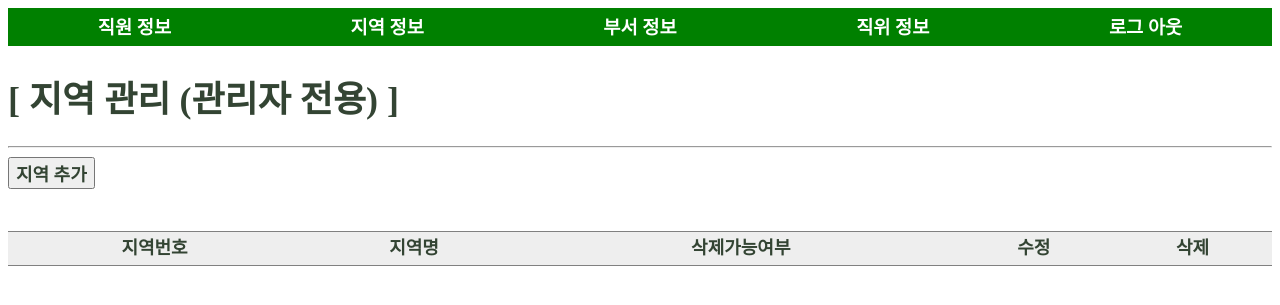
Repository: Umkimisstrong/UM_SpringMVCStudy
Page: http://localhost/mvc04/WEB-INF/view/DepartmentList.jsp
The author's editor kept a copy of each file at every save. The page is drawn from the files as they stood at one save, then again after the next save.
The browser window is 1280 px wide. The pictures show the whole page.
The page is served by Tomcat 9. Nobody is signed in. The template is opened directly, without the code that normally fills it, so the values that code supplies are empty.

Above is the page before, as saved 2022-06-03 01:06:36.

### mvc04/WebContent/WEB-INF/view/DepartmentList.jsp
<%@ page contentType="text/html; charset=UTF-8"%>
<%@ taglib prefix="c" uri="http://java.sun.com/jsp/jstl/core"%>
<%@ taglib prefix="fmt" uri="http://java.sun.com/jsp/jstl/fmt"%>
<%
	request.setCharacterEncoding("UTF-8");
	String cp = request.getContextPath();
%>
<!DOCTYPE html>
<html>
<head>
<meta charset="UTF-8">
<title>DepartmentList.jsp</title>
<link rel="stylesheet" type="text/css" href="<%=cp %>/css/menuStyle.css">
<link rel="stylesheet" type="text/css" href="<%=cp %>/css/main.css">
<script type="text/javascript" src="http://code.jquery.com/jquery.min.js"></script>
<script type="text/javascript">

	$(function()
	{
		// 테스트
		//alert("확인");

		// 수정 버튼 클릭 시 액션
		$(".updateBtn").click(function()
		{
			//alert("수정 버튼 클릭");

			$(location).attr("href", "departmentupdateform.action?departmentId=" + $(this).val());
		});


		// 삭제 버튼 클릭 시 액션
		$(".deleteBtn").click(function()
		{
			//alert("삭제 버튼 클릭");

			if (confirm("현재 선택한 데이터를 정말 삭제하시겠습니까?"))
			{
				$(location).attr("href", "departmentdelete.action?departmentId=" + $(this).val());
				// $(location).attr(속성, URL?데이터=값);
			}
		});
	});


</script>

</head>
<body>

<!---------------------------------------------------
		 RegioniList.jsp
	- 지역 리스트 출력 페이지
	- 관리자가 접근하는 지역 데이터 출력 페이지
	  (일반 직원이 접근하는 직원 데이터 출력페이지는
	   RegList.jsp로 구성)
 ---------------------------------------------------->


<div>
	<!-- 메뉴 영역 -->
	<div>
		<c:import url="EmployeeMenu.jsp"></c:import>
	</div>

	<!-- 콘텐츠 영역 -->
	<div id="content">
		<h1>[ 지역 관리 (관리자 전용) ]</h1>
		<hr />

		<div>
			<form action="">
				<input type="button" value="지역 추가" class="btn"
				onclick="location.href='regioninsertform.action'"/>
				  <!-- onclick="location.href='EmployeeInsertForm.jsp'"/> -->

			</form>
		</div>
		<br />
		<br />
	<!-- ---------------------------------------------------
	EMPLOYEEID NAME SSN BIRTHDAY LUNAR LUNARNAME TELEPHONE
	DEPARTMENTID DEPARTMENTNAME POSITIONID POSITIONNAME
	REGIONID REGIONNAME BASICPAY EXTRAPAY PAY GRADE
	----------------------------------------------------  -->
	<table id="customers" class="table">

		<tr>
			<!-- 항목 15EA -->
			<th>지역번호</th>
			<th>지역명</th>
			<th>삭제가능여부</th>
			<th>수정</th>
			<th>삭제</th>
		</tr>

	<c:forEach	var="region" items="${regionList }">
	<tr>
		<td>${region.regionId }</td>
		<td>${region.regionName }</td>
		<td>${region.delCheck==0 ? "삭제가능" : "삭제불가" }</td>
		<td>
			<button type="button" class="btn updateBtn"
		    value="${region.regionId }&regionName=${region.regionName}">수정</button>
		</td>

		<td>
			<c:choose>
				<c:when test="${region.delCheck!=0 }">
				<button type="button" class="btn deleteBtn"
				value="${region.regionId }&delCheck=${region.delCheck}" disabled="disabled">삭제</button>
				</c:when>
				<c:otherwise>
				<button type="button" class="btn deleteBtn"
				value="${region.regionId }" >삭제</button>
				</c:otherwise>
			</c:choose>

		</td>
	</tr>
	</c:forEach>

	</table>



	</div>

	<!-- 회사 소개 및 어플리케이션 소개 영역 -->
	<div id="footer">

	</div>

</div>





</body>
</html>

### mvc04/WebContent/WEB-INF/view/EmployeeMenu.jsp
<%@ page contentType="text/html; charset=UTF-8"%>
<%@ taglib prefix="c" uri="http://java.sun.com/jsp/jstl/core"%>
<%
	request.setCharacterEncoding("UTF-8");
	String cp = request.getContextPath();
%>
<!DOCTYPE html>
<html>
<head>
<meta charset="UTF-8">
<title>EmployeeMenu.jsp</title>
<link rel="stylesheet" type="text/css" href="<%=cp %>/css/menuStyle.css">
</head>
<body>

<!--------------------------------
      #13 EmployeeMenu.jsp
      - 메인 메뉴 페이지 구성
      - 로그아웃 기능 포함
 --------------------------------->
<%-- <span>${sessionScope.admin==null ? "normal" : "admin" }</span> --%>


<div id="menu">
	<ul>
		<c:choose>
			<c:when test="${sessionScope.admin==null }">
			<li>
				<a href="emplist.action" class="menu">직원 정보</a>
			</li>

			<li>
				<a href="reglist.action" class="menu">지역 정보</a>
			</li>

			<li>
				<a href="deptlist.action" class="menu">부서 정보</a>
			</li>

			<li>
				<a href="poslist.action" class="menu">직위 정보</a>
			</li>

			</c:when>
			<c:otherwise>
			<li>
				<a href="employeelist.action" class="menu">직원 관리</a>
			</li>

			<li>
				<a href="regionlist.action" class="menu">지역 관리</a>
			</li>

			<li>
				<a href="departmentlist.action" class="menu">부서 관리</a>
			</li>

			<li>
				<a href="positionlist.action" class="menu">직위 관리</a>
			</li>
			</c:otherwise>

		</c:choose>



		<li>
			<a href="logout.action" class="menu">로그 아웃</a>
		</li>
	</ul>
</div>






























</body>
</html>

### mvc04/WebContent/css/menuStyle.css
@charset "UTF-8";

/* ========================
    #14. menuStyle.css
    - 메뉴스타일 구성
======================== */

ul
{
	list-style-type: none;
	margin: 0;
	padding: 0;
	overflow: hidden;
}

li
{
	width: 20%;
	float: left;
}

a.menu:link, a.menu:visited
{
	display: block;
	font-weight: bold;
	color: #ffffff;
	background-color: #008000;
	text-align: center;
	padding: 4px;
	text-decoration: none;
	text-transform: uppercase;
	height: 30px;
	font-size: 14pt;
}

a.menu:hover, a.menu:active
{
	background-color: #ffffff;
	color: #008000;
	border: 2px solid #008000;
	border-radius: 5px;
	height: 26px;
}

### mvc04/WebContent/css/main.css
@charset "UTF-8";

/* ========================
	#16 main.css
	- 기본 스타일 지정
======================== */

body, p, div, span, input, table, th, td, select, textarea
{
	font-size: 18px;
	font-family: 맑은 고딕;
	color: #343;

}
a
{
	text-decoration: none;
	color: gray;
}

a:hover
{
	text-decoration: underline;
	color: red;

}
.table
{
	border-collapse: collapse;
	width: 100%;
}
.table th, .table td
{
	border: 1px solid gray;
	border-left: 0px;
	border-right: 0px;

	padding: 3px;
	line-height: 150%;
	text-align: center;
}


.table th
{
	font-weight: bold;
	background-color: #eee;
}

.table td
{
	font-size: 12pt;
}

.btn
{
	cursor: pointer;
	font-family: 맑은 고딕;
	font-weight: bold;
}

.btn:hover
{
	color: #ffffff;
	background-color: #008000;
}

After the next save:
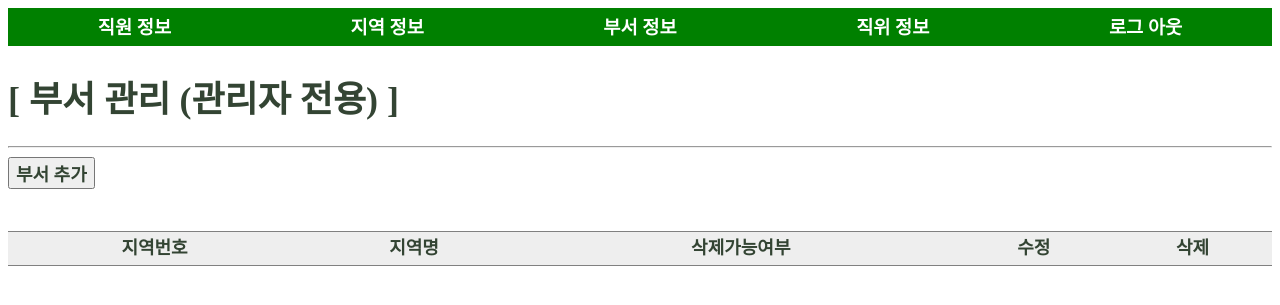
Saved 17 s later.
--- a/mvc04/WebContent/WEB-INF/view/DepartmentList.jsp
+++ b/mvc04/WebContent/WEB-INF/view/DepartmentList.jsp
@@ -65,12 +65,12 @@
 
 	<!-- 콘텐츠 영역 -->
 	<div id="content">
-		<h1>[ 지역 관리 (관리자 전용) ]</h1>
+		<h1>[ 부서 관리 (관리자 전용) ]</h1>
 		<hr />
 
 		<div>
 			<form action="">
-				<input type="button" value="지역 추가" class="btn"
+				<input type="button" value="부서 추가" class="btn"
 				onclick="location.href='regioninsertform.action'"/>
 				  <!-- onclick="location.href='EmployeeInsertForm.jsp'"/> -->
 
